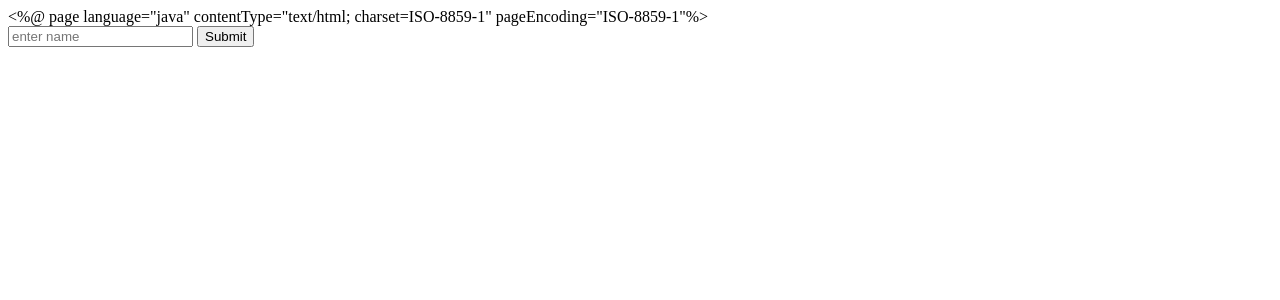
Repository: becoderpavy/servlet_tutorials
Page: 2_Creating_Servlet/src/main/webapp/home.html
These files come from the project's save history. The page is drawn as it stood at one moment and after the next save; the edit follows.
The browser window is 1280 px wide. The pictures show the whole page.

Above is the page before, as saved 2023-04-26 16:35:11.

After the next save:
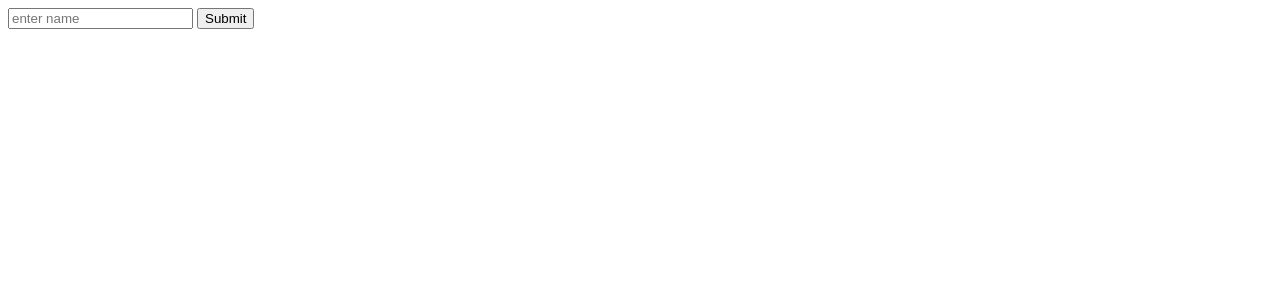
Saved 70 s later.
--- a/2_Creating_Servlet/src/main/webapp/home.html
+++ b/2_Creating_Servlet/src/main/webapp/home.html
@@ -1,5 +1,4 @@
-<%@ page language="java" contentType="text/html; charset=ISO-8859-1"
-	pageEncoding="ISO-8859-1"%>
+
 <!DOCTYPE html>
 <html>
 <head>
